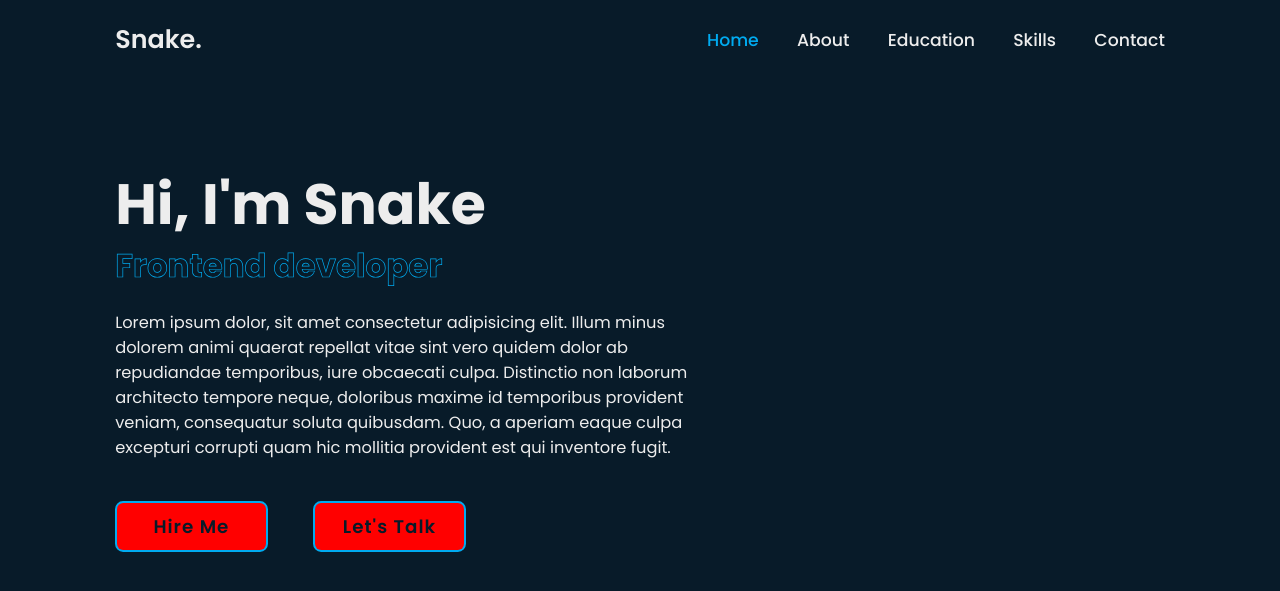
Repository: Tanty102/About_Me
Page: index.html
These files come from the project's save history. The page is drawn as it stood at one moment and after a run of saves; the edit follows.
The browser window is 1280 px wide. The pictures show the whole page.

Above is the page before, as saved 2023-09-12 16:50:04.

After the next 2 saves:
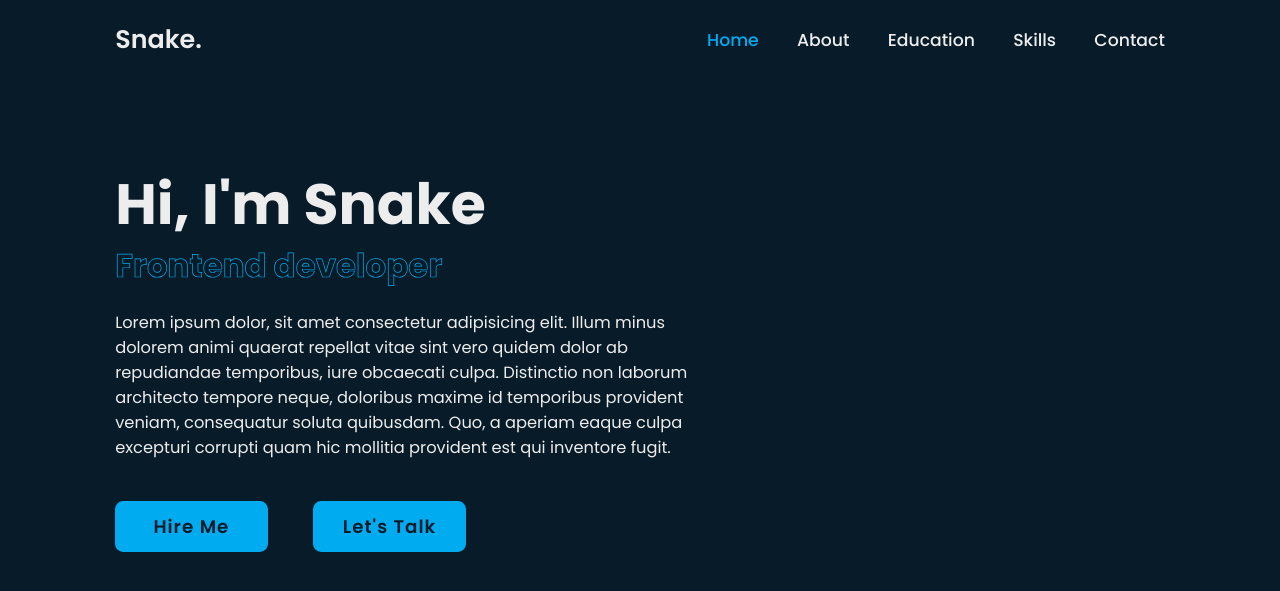
The 2 saves are shown as one change because they came seconds apart.
The last was saved 25 s later.
--- a/style.css
+++ b/style.css
@@ -135,7 +135,7 @@ section {
   position: absolute;
   top: 0;
   left: 0;
-  width: 100%;
+  width: 0;
   height: 100%;
   background: red;
   z-index: -1;
